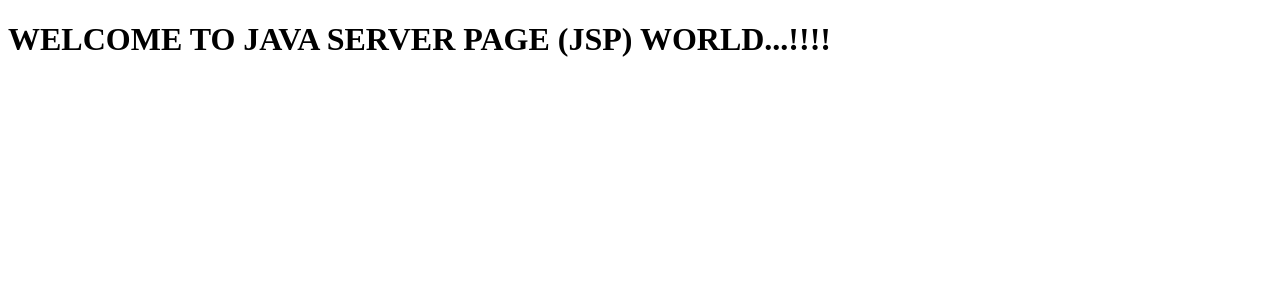
Repository: vaibhaokamble/MY_INSTITUTE_PUNE
Page: http://localhost/JSPApplication/first.jsp
The author's editor kept a copy of each file at every save. The page is drawn from the files as they stood at one save, then again after the next save.
The browser window is 1280 px wide. The pictures show the whole page.
The page is served by Tomcat 9.

Above is the page before, as saved 2022-10-17 13:40:33.

After the next save:
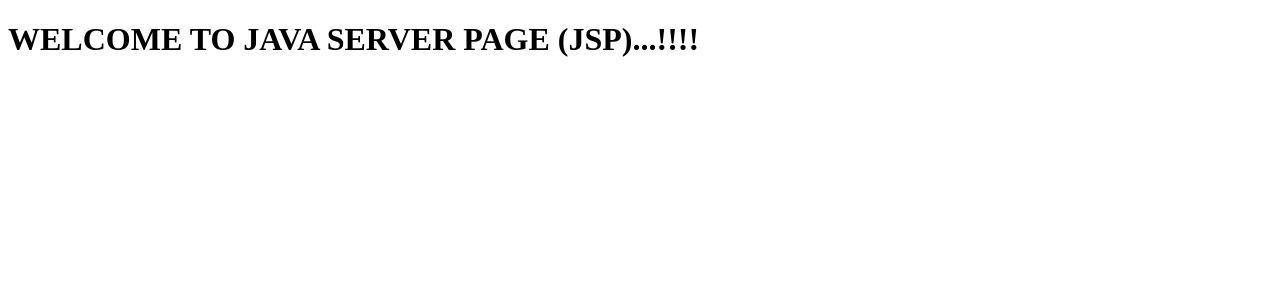
Saved 25 s later.
--- a/JSP/JSPApplication/src/main/webapp/first.jsp
+++ b/JSP/JSPApplication/src/main/webapp/first.jsp
@@ -7,6 +7,6 @@
 <title>Insert title here</title>
 </head>
 <body>
-<h1> WELCOME TO JAVA SERVER PAGE (JSP) WORLD...!!!!</h1>
+<h1> WELCOME TO JAVA SERVER PAGE (JSP)...!!!!</h1>
 </body>
 </html>
